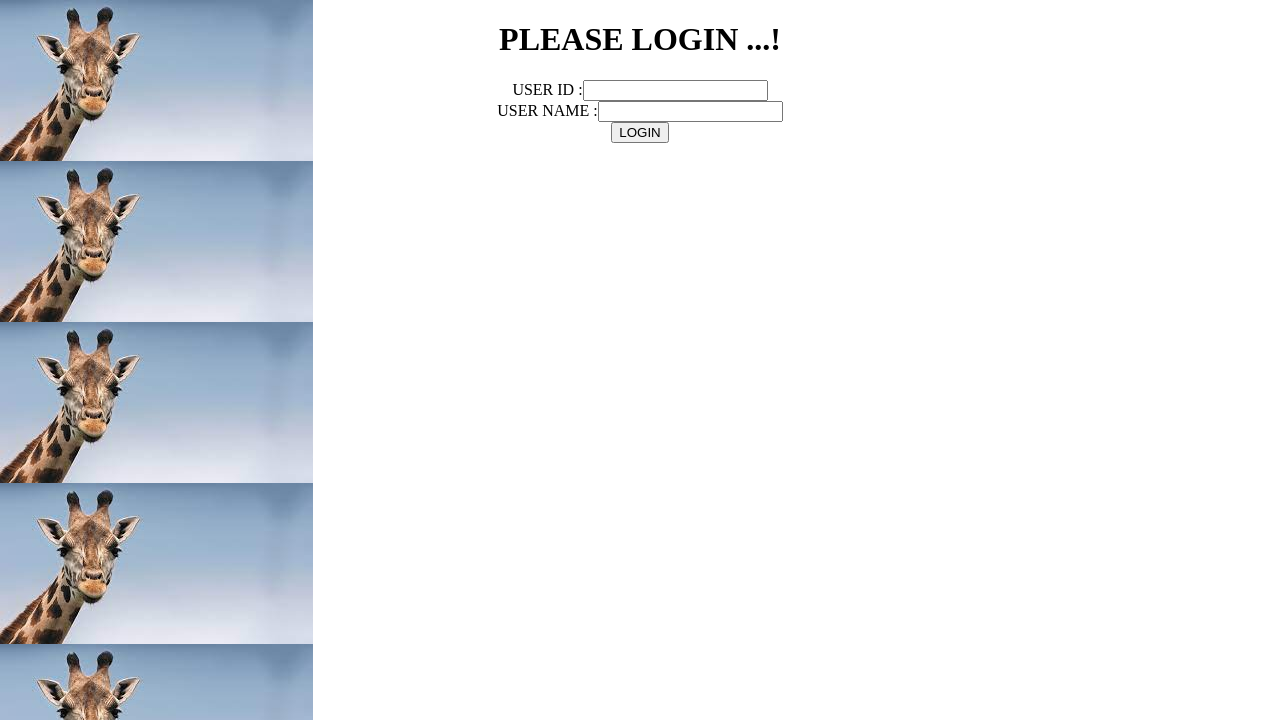
Repository: Thaneshwara848/E-Y
Page: Jdbc-Servlet-Jsp/Webemo5/src/main/webapp/LoginPage.html
An editor plug-in stored every save of this project. The page is shown before and after the next save, followed by the edit.
The browser window is 1280 px wide. The pictures show the whole page.

Above is the page before, as saved 2023-05-22 06:38:38.

### Jdbc-Servlet-Jsp/Webemo5/src/main/webapp/LoginPage.html
<!DOCTYPE html>
<html>
<head>
<meta charset="UTF-8">
<title>Insert title here</title>
<style type="text/css">
	body{
	background-image: url("ey.jpg");
	background-repeat: repeat-y;

	}
</style>
</head>
<body >
<div style="text-align: center;">

	<form action="Login" method="POST">
	<h1> PLEASE LOGIN ...!</h1>
		USER ID :<input type="text" name="uname"><br>
		USER NAME :<input type="text" name="upass"><br>

		<input type="submit" value="LOGIN">
	</form>

</div>

</body>
</html>

After the next save:
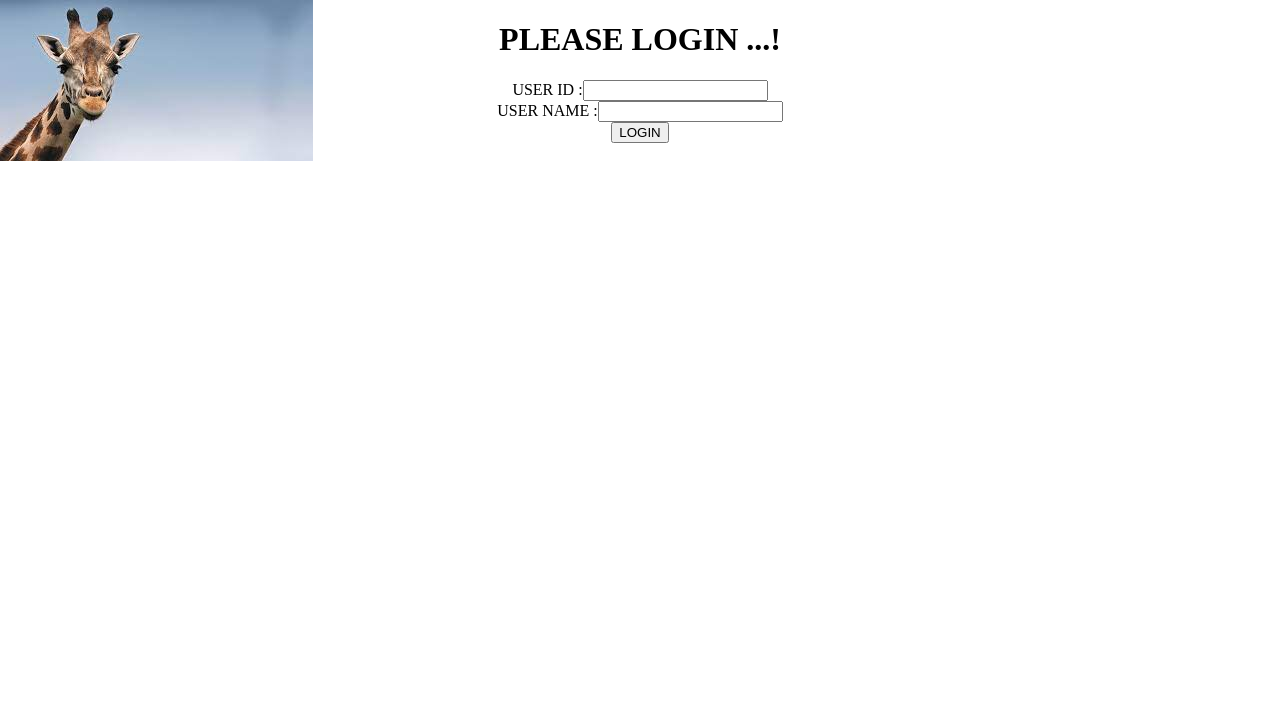
Saved 12 s later.
--- a/Jdbc-Servlet-Jsp/Webemo5/src/main/webapp/LoginPage.html
+++ b/Jdbc-Servlet-Jsp/Webemo5/src/main/webapp/LoginPage.html
@@ -6,7 +6,7 @@
 <style type="text/css">
 	body{
 	background-image: url("ey.jpg");
-	background-repeat: repeat-y;
+	background-repeat: no-repeat;
 
 	}
 </style>
